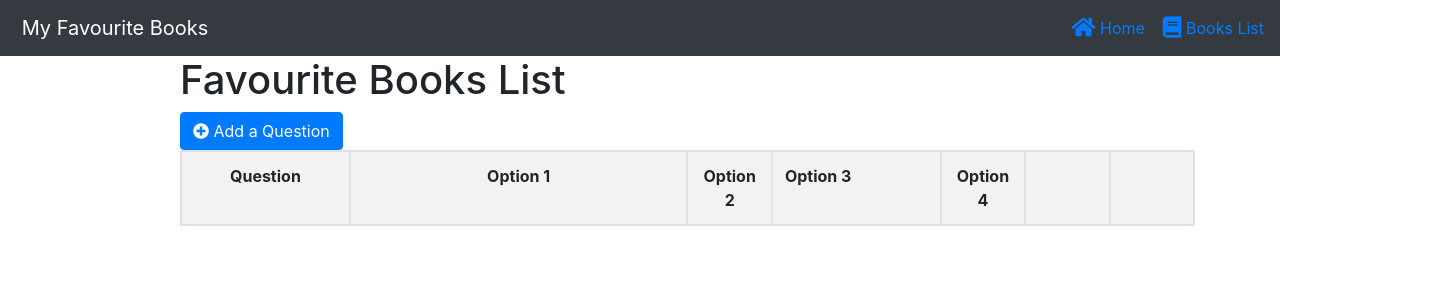
Repository: lord-NAVY/titans
Page: http://localhost/book-list
An editor plug-in stored every save of this project. The page is shown before and after the next save, followed by the edit.
The browser window is 1280 px wide. The page is 1280 px wide, then 1447 px, so the pictures cover 1447 px, including what lies to the right of the window. The pictures show the whole page.
The page is served by the project's Node server (server.js). Other server files are loaded and not shown. Queries for data that is not in the repository find no rows.

Above is the page before, as saved 2021-11-08 23:37:41.

### server/views/book/index.ejs
<%- include ../partials/header.ejs %>

<%- include ../partials/main_nav.ejs %>


  <!-- Main Content -->
  <main class="container">
    <div class="row">
        <div class="offset-md-1 col-md-11">
            <h1>Favourite Books List</h1>

            <!-- FIX THE ADD BUTTON BELOW -->
            <a href="/book-list/add" class="btn btn-primary" role="button">
            <i class="fas fa-plus-circle"></i> Add a Question</a>
            <br>
            <table class="table table-bordered table-striped table-hover">
                <!-- Header Row-->
                <tr class="d-flex">
                    <th class="text-center col-2">Question</th>
                    <th class="text-center col-4">Option 1</th>
                    <th class="text-center col-1">Option 2</th>
                    <th class="col-2">Option 3</th>
                    <th class="text-center col-1">Option 4</th>
                    <th class="text-center col-1"></th>
                    <th class="text-center col-1"></th>
                </tr>

                <!-- Repeatable Template Row -->

                <% for(let count = 0; count < BookList.length; count++) { %>
                    <tr class="d-flex">
                        <td class="text-center col-2"><%= BookList[count].Title%></td>
                        <td class="text-center col-4"><%= BookList[count].Description %></td>
                        <td class="text-center col-1"><%= BookList[count].Price%></td>
                        <td class="col-2"><%= BookList[count].Author %></td>
                        <td class="text-center col-1"><%= BookList[count].Genre %></td>
                        <td class="text-center col-1">

                    <!-- ADD the EDIT BUTTON HERE -->


                            <a href="/book-list/edit/<%= BookList[count]._id %>" class="btn btn-primary btn-sm">
                            <i class="fas fa-pencil-alt"></i> Edit</a>
                        </td>
                        <td class="text-center col-1">

                         <!-- ADD the DELETE BUTTON HERE -->
                            <a href="/book-list/delete/<%= BookList[count]._id %>" class="btn btn-danger btn-sm">
                            <i class="fas fa-trash-alt"></i> Delete</a>
                        </td>
                    </tr>
                <% } %>
            </table>
        </div>
    </div>
  </main>

### server/views/partials/main_nav.ejs
<!-- Main Navigation -->
  <nav class="navbar navbar-expand-lg navbar-dark bg-dark">
      <a class="navbar-brand" href="/"><i class="fa fa-bookmark-o"></i> My Favourite Books</a>
    <button class="navbar-toggler" type="button" data-toggle="collapse" data-target="#navbarSupportedContent" aria-controls="navbarSupportedContent" aria-expanded="false" aria-label="Toggle navigation">
      <span class="navbar-toggler-icon"></span>
    </button>

    <div class="collapse navbar-collapse" id="navbarSupportedContent">
      <ul class="navbar-nav ml-auto">

           <% if(title == "Home") { %>
          <li class="active"><a href="/"><i class="fa fa-home fa-lg"></i> Home   &nbsp; &nbsp; </a></li>
        <% } else { %>
          <li><a href="/"><i class="fa fa-home fa-lg"></i> Home &nbsp; &nbsp;   </a></li>
        <% } %>

          <% if(title == "books") { %>
          <li class="active"><a href="/books"><i class="fa fa-book fa-lg">
          </i>    Books List</a></li>
          <% } else { %>
            <li><a href="/book-list"><i class="fa fa-book fa-lg">
            </i>   Books List</a></li>
          <% } %>
</ul>
    </div>
  </nav>

### server.js
#!/usr/bin/env node

/* server.js
Students's name: Arshpreet Singh
StudentID: 301174738
Date: 31 October, 2021
*/

/**
 * Module dependencies.
 */

var app = require('./server/config/app');
var debug = require('debug')('week-4:server');
var http = require('http');

/**
 * Get port from environment and store in Express.
 */

var port = normalizePort(process.env.PORT || '3000');
app.set('port', port);

/**
 * Create HTTP server.
 */

var server = http.createServer(app);

/**
 * Listen on provided port, on all network interfaces.
 */

server.listen(port);
server.on('error', onError);
server.on('listening', onListening);

/**
 * Normalize a port into a number, string, or false.
 */

function normalizePort(val) {
  var port = parseInt(val, 10);

  if (isNaN(port)) {
    // named pipe
    return val;
  }

  if (port >= 0) {
    // port number
    return port;
  }

  return false;
}

/**
 * Event listener for HTTP server "error" event.
 */

function onError(error) {
  if (error.syscall !== 'listen') {
    throw error;
  }

  var bind = typeof port === 'string'
    ? 'Pipe ' + port
    : 'Port ' + port;

  // handle specific listen errors with friendly messages
  switch (error.code) {
    case 'EACCES':
      console.error(bind + ' requires elevated privileges');
      process.exit(1);
      break;
    case 'EADDRINUSE':
      console.error(bind + ' is already in use');
      process.exit(1);
      break;
    default:
      throw error;
  }
}

/**
 * Event listener for HTTP server "listening" event.
 */

function onListening() {
  var addr = server.address();
  var bind = typeof addr === 'string'
    ? 'pipe ' + addr
    : 'port ' + addr.port;
  debug('Listening on ' + bind);
}

### server/controllers/book.js
/* book.js
Students's name: Arshpreet Singh
StudentID: 301174738
Date: 31 October, 2021
Web app name: COMP229-F2021-MidTerm-301174738
*/

let express = require('express');
let router = express.Router();
let mongoose = require('mongoose');

// create a reference to the model
let Book = require('../models/book');

module.exports.displayBookList = (req, res, next) => {
    Book.find((err, bookList) => {
        if(err)
        {
            return console.error(err);
        }
        else
        {
            //console.log(BookList);

            res.render('book/index', {title: 'Books', BookList: bookList});
        }
    });
}

module.exports.displayAddPage = (req, res, next) => {
    res.render('book/details', {title: 'Add Book'})
}

module.exports.processAddPage = (req, res, next) => {
    let newBook = Book({
        "Title": req.body.Title,
        "Author": req.body.Author,
        "Genre": req.body.Genre,
        "Description": req.body.Description,
        "Price": req.body.Price
    });

    Book.create(newBook, (err, Book) =>{
        if(err)
        {
            console.log(err);
            res.end(err);
        }
        else
        {
            // refresh the book list
            res.redirect('/book-list');
        }
    });

}

module.exports.displayEditPage = (req, res, next) => {
    let id = req.params.id;

    Book.findById(id, (err, bookToEdit) => {
        if(err)
        {
            console.log(err);
            res.end(err);
        }
        else
        {
            //show the edit view
            res.render('book/edit', {title: 'Edit Book', book: bookToEdit})
        }
    });
}

module.exports.processEditPage = (req, res, next) => {
    let id = req.params.id

    let updatedBook = Book({
        "_id": id,
        "Title": req.body.Title,
        "Author": req.body.Author,
        "Genre": req.body.Genre,
        "Description": req.body.Description,
        "Price": req.body.Price
    });

    Book.updateOne({_id: id}, updatedBook, (err) => {
        if(err)
        {
            console.log(err);
            res.end(err);
        }
        else
        {
            // refresh the book list
            res.redirect('/book-list');
        }
    });
}

module.exports.performDelete = (req, res, next) => {
    let id = req.params.id;

    Book.remove({_id: id}, (err) => {
        if(err)
        {
            console.log(err);
            res.end(err);
        }
        else
        {
             // refresh the book list
             res.redirect('/book-list');
        }
    });
}

### public/Content/app.css
/* app.css
Students's name: Arshpreet Singh
StudentID: 301174738
Date: 31 October, 2021
Web app name: COMP229-F2021-MidTerm-301174738
*/

/* custom css goes here */

Loaded but not shown: server/views/partials/header.ejs (common file)

After the next save:
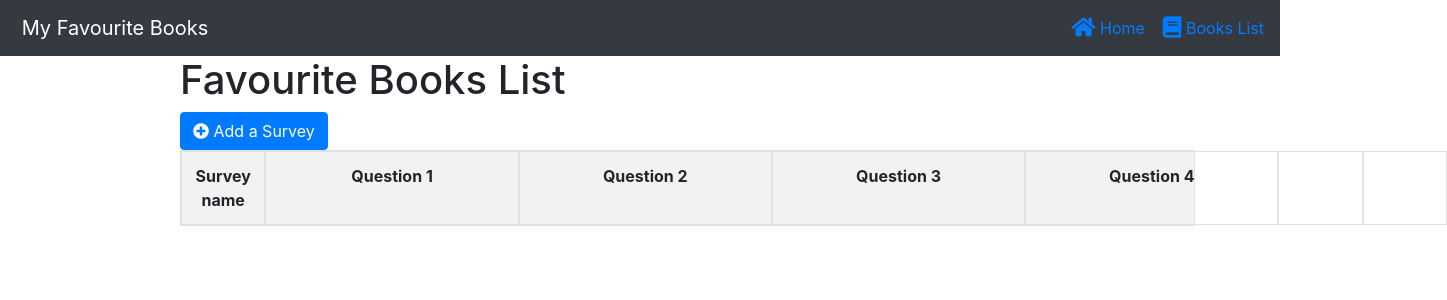
Saved 21 h 12 min later.
--- a/server/views/book/index.ejs
+++ b/server/views/book/index.ejs
@@ -11,16 +11,16 @@
 
             <!-- FIX THE ADD BUTTON BELOW -->
             <a href="/book-list/add" class="btn btn-primary" role="button">
-            <i class="fas fa-plus-circle"></i> Add a Question</a>
+            <i class="fas fa-plus-circle"></i> Add a Survey</a>
             <br>
             <table class="table table-bordered table-striped table-hover">
                 <!-- Header Row-->
                 <tr class="d-flex">
-                    <th class="text-center col-2">Question</th>
-                    <th class="text-center col-4">Option 1</th>
-                    <th class="text-center col-1">Option 2</th>
-                    <th class="col-2">Option 3</th>
-                    <th class="text-center col-1">Option 4</th>
+                    <th class="text-center col-1">Survey name</th>
+                    <th class="text-center col-3">Question 1</th>
+                    <th class="text-center col-3">Question 2</th>
+                    <th class="text-center col-3">Question 3</th>
+                    <th class="text-center col-3">Question 4</th>
                     <th class="text-center col-1"></th>
                     <th class="text-center col-1"></th>
                 </tr>
@@ -29,12 +29,13 @@
 
                 <% for(let count = 0; count < BookList.length; count++) { %>
                     <tr class="d-flex">
-                        <td class="text-center col-2"><%= BookList[count].Title%></td>
-                        <td class="text-center col-4"><%= BookList[count].Description %></td>
-                        <td class="text-center col-1"><%= BookList[count].Price%></td>
-                        <td class="col-2"><%= BookList[count].Author %></td>
-                        <td class="text-center col-1"><%= BookList[count].Genre %></td>
-                        <td class="text-center col-1">
+                        <td class="text-center col-1"><%= BookList[count].Title%></td>
+                        <td class="text-center col-3"><%= BookList[count].Description %></td>
+                        <td class="text-center col-3"><%= BookList[count].Price%></td>
+                        <td class="text-center col-3"><%= BookList[count].Author %></td>
+                        <td class="text-center col-3"><%= BookList[count].Genre %></td>
+                        <td class="text-center col-1"></td>
+                        <td class="text-center col-1"></td>
 
                     <!-- ADD the EDIT BUTTON HERE -->
 
